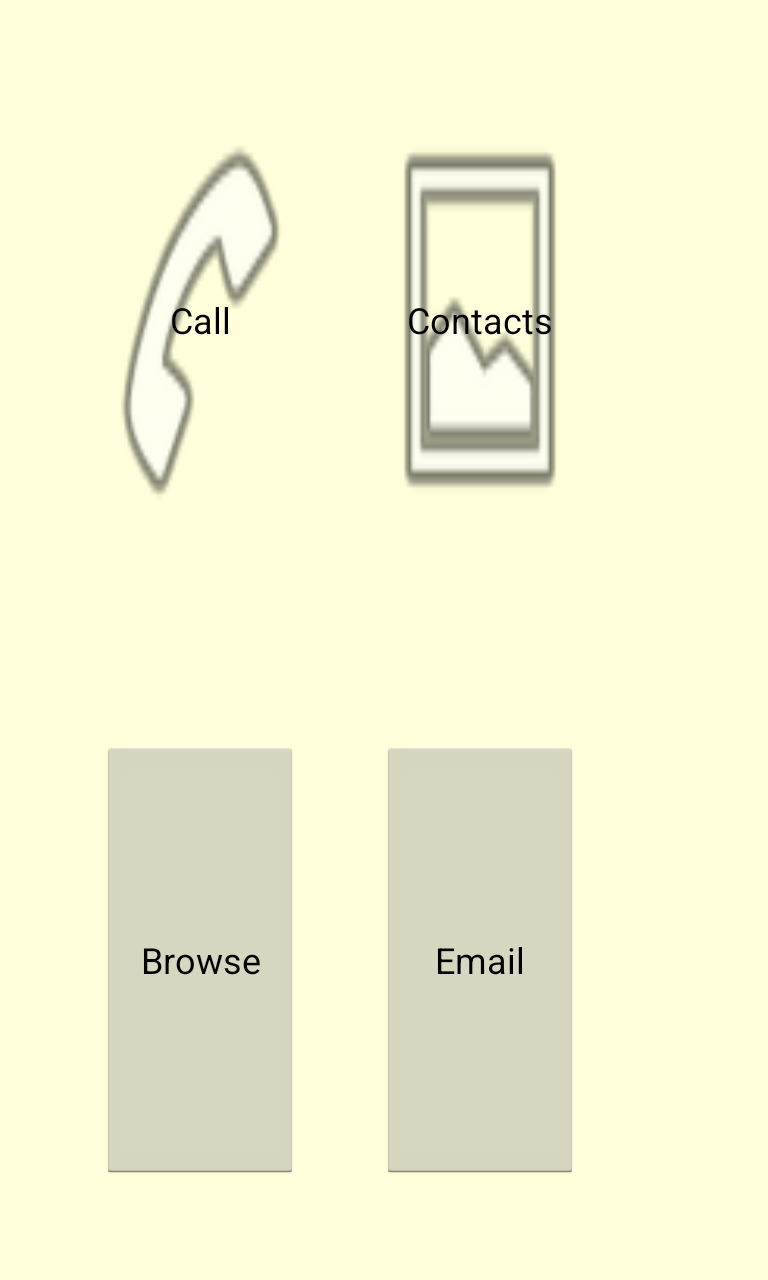
Repository: AnithaGorli/Android
Layout: ImplicitIntentApplication/res/layout/implicitintent.xml
These files come from the project's save history. The layout is drawn as it stood at one moment and after a run of saves; the edit follows.
It is drawn on a 768 x 1280 px phone screen (xhdpi) without system bars, with theme AppTheme; the app's code is not run.

Above is the layout before, as saved 2014-09-10 11:11:38.

### ImplicitIntentApplication/res/layout/implicitintent.xml
<?xml version="1.0" encoding="utf-8"?>
<LinearLayout xmlns:android="http://schemas.android.com/apk/res/android"
    android:layout_width="match_parent"
    android:layout_height="match_parent"
    android:orientation="vertical"
    android:weightSum="2"
    android:background="#FFFFDB" >

    <LinearLayout
        android:id="@+id/l1"
        android:layout_width="match_parent"
        android:layout_height="wrap_content"
        android:layout_margin="30dp"
        android:layout_weight="1"
        android:orientation="horizontal" >

        <Button
            android:id="@+id/call_btn"
            android:layout_width="100dp"
            android:layout_height="match_parent"
            android:layout_margin="20dp"
            android:background="@android:drawable/ic_menu_call"
            android:text="@string/call" />

        <Button
            android:id="@+id/contacts_btn"
            android:layout_width="100dp"
            android:layout_height="match_parent"
            android:layout_margin="20dp"
            android:background="@android:drawable/ic_menu_gallery"
            android:text="@string/contacts" />
    </LinearLayout>

    <LinearLayout
        android:id="@+id/l2"
        android:layout_width="match_parent"
        android:layout_height="wrap_content"
        android:layout_margin="30dp"
        android:layout_weight="1"
        android:orientation="horizontal" >

        <Button
            android:id="@+id/browse_btn"
            android:layout_width="100dp"
            android:layout_height="match_parent"
            android:layout_margin="20dp"
            android:text="@string/browse" />

        <Button
            android:id="@+id/email_btn"
            android:layout_width="100dp"
            android:layout_height="match_parent"
            android:layout_margin="20dp"
            android:text="@string/email" />
    </LinearLayout>

</LinearLayout>

### ImplicitIntentApplication/res/values/strings.xml
<resources>

    <string name="app_name">ImplicitIntentApplication</string>
     <string name="call">Call</string>
       <string name="email">Email</string>
       <string name="cal">Calculator</string>
    <string name="contacts">Contacts</string>
    <string name="browse">Browse</string>
<string name="choose">there is no contacts</string>
</resources>

Loaded but not shown: ImplicitIntentApplication/res/values/styles.xml (common file); ImplicitIntentApplication/res/values-v11/styles.xml (common file); ImplicitIntentApplication/res/values-v14/styles.xml (common file)

After the next 2 saves:
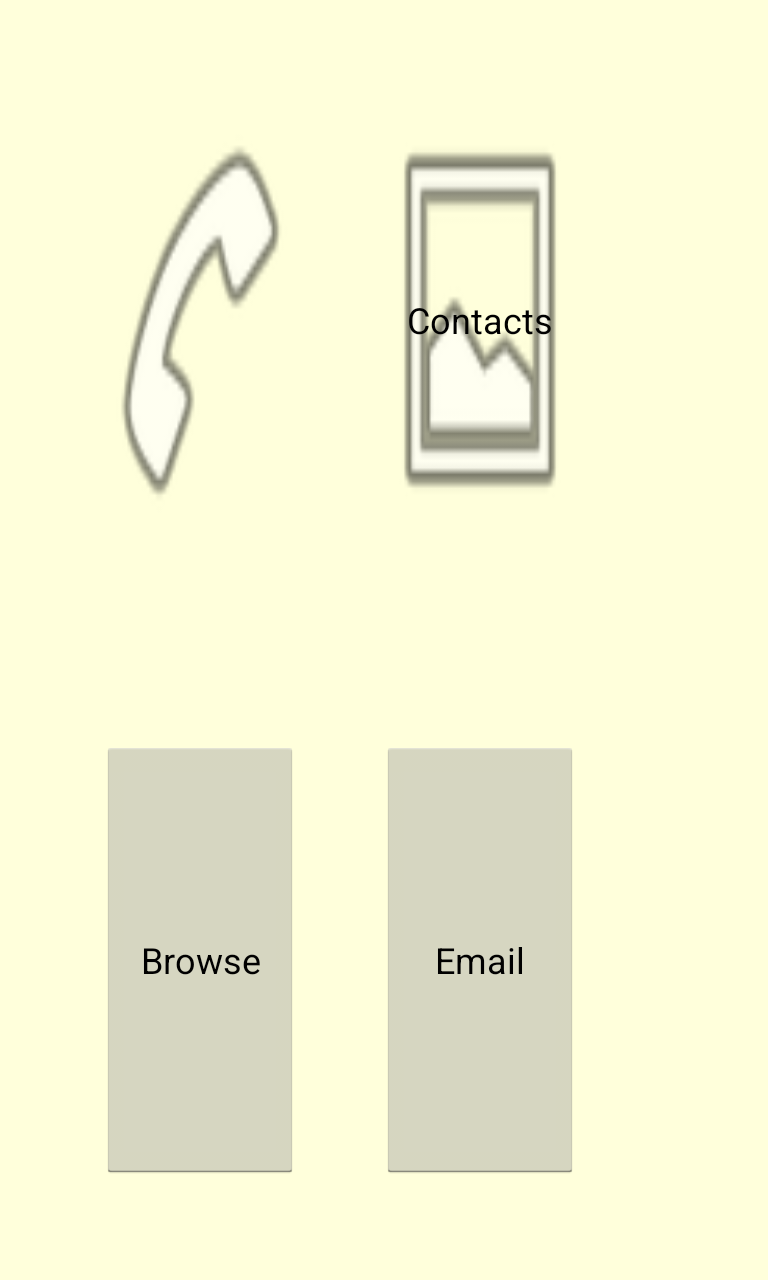
The 2 saves are shown as one change because they came seconds apart.
The last was saved 36 s later.
--- a/ImplicitIntentApplication/res/layout/implicitintent.xml
+++ b/ImplicitIntentApplication/res/layout/implicitintent.xml
@@ -20,7 +20,7 @@
             android:layout_height="match_parent"
             android:layout_margin="20dp"
             android:background="@android:drawable/ic_menu_call"
-            android:text="@string/call" />
+             />
 
         <Button
             android:id="@+id/contacts_btn"
